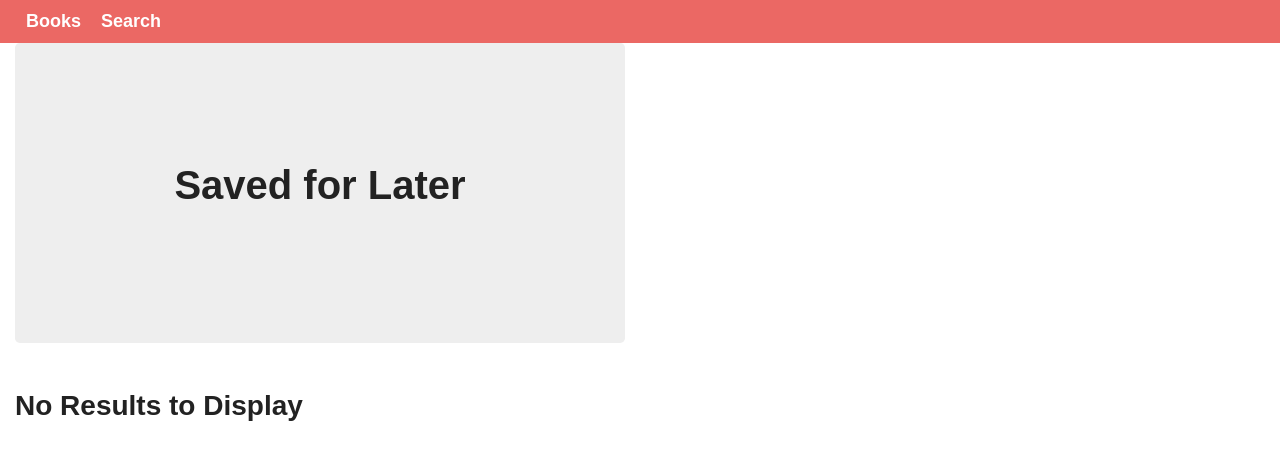
Repository: ionathas78/gBooksScanner
Page: / (app in client/)
An editor plug-in stored every save of this project. The page is shown before and after the next save, followed by the edit.
The browser window is 1280 px wide. The pictures show the whole page.
The page's requests for data from a server got no answer. Some web fonts or font styles are not loaded; a fallback is used. Some web libraries are served in a nearby version. The project was rebuilt for these pictures with package versions that can differ from the ones it lists, and the page was loaded fresh each time. No one was signed in, and anything a server would have sent is missing. Also part of the build but not shown: client/src/components/DeleteBtn/style.css, client/src/components/DeleteBtn/index.js, client/src/components/List/style.css, client/src/components/List/index.js, client/src/components/SearchBar/index.js, client/src/Alert/index.js, client/src/pages/Search.js, client/src/pages/NoMatch.js.

Above is the page before, as saved 2020-05-21 01:01:07.

### client/public/index.html
<!doctype html>
<html lang="en">

<head>
  <meta charset="utf-8">
  <meta name="viewport" content="width=device-width, initial-scale=1, shrink-to-fit=no">
  <meta name="theme-color" content="#000000">
  <link rel="manifest" href="%PUBLIC_URL%/manifest.json">
  <link rel="shortcut icon" href="%PUBLIC_URL%/favicon.ico">
  <link rel="stylesheet" href="https://cdnjs.cloudflare.com/ajax/libs/bootswatch/4.0.0/journal/bootstrap.min.css" />
  <title>gBookScanner</title>
</head>

<body>
  <noscript>
    You need to enable JavaScript to run this app.
  </noscript>
  <div id="root"></div>
</body>

</html>

### client/src/App.js
import React from "react";
import { BrowserRouter as Router, Route, Switch } from "react-router-dom";
import Books from "./pages/Books";
// import Detail from "./pages/Detail";
import Search from "./pages/Search";
import NoMatch from "./pages/NoMatch";
import Nav from "./components/Nav";
// const config = require("dotenv").config();

function App() {
  // console.log(config);

  return (
    <Router>
      <div>
        <Nav
          children={[
            { name: "Books", path: "/"},
            { name: "Search", path: "/search"}
            // { name: "Detail", path: "/books"}
          ]}
        />
        <Switch>
          <Route exact path={["/"]}>
            <Books />
          </Route>
          <Route exact path={["/search", "/search/:searchTerm"]}>
            <Search />
          </Route>
          {/* <Route exact path={["/books", "/books/:id"]}>
            <Detail />
          </Route> */}
          <Route>
            <NoMatch />
          </Route>
        </Switch>
      </div>
    </Router>
  );
}

export default App;

### client/src/pages/Books.js
import React, { useState, useEffect } from "react";
import DeleteBtn from "../components/DeleteBtn";
import Jumbotron from "../components/Jumbotron";
import API from "../utils/API";
// import { Link } from "react-router-dom";
import { Col, Row, Container } from "../components/Grid";
import { List, ListItem } from "../components/List";
import { Media, MediaItem } from "../components/Media";

function Books() {
  const [books, setBooks] = useState([])

  useEffect(() => {
    loadBooks()
  }, [])

  function loadBooks() {
    API.getBooks()
      .then(res =>
        setBooks(res.data)
      )
      .catch(err => console.log(err));
  };

  function deleteBook(id) {
    API.deleteBook(id)
      .then(res => loadBooks())
      .catch(err => console.log(err));
  }

    let i = -1;
    return (
      <Container fluid>
        <Row>
          <Col size="md-6 sm-12">
            <Jumbotron>
              <h1>Saved for Later</h1>
            </Jumbotron>
          </Col>
        </Row>
        <Row>
          <Col size="md-6 sm-12">
            <Media
              children={
                books.map(item => {
                  i++;
                  // console.log(j, item.image, item.title);
                  return (
                    <MediaItem
                      key={i}
                      imageSrc={item.image}
                      altText={item.title}
                      link={item.link}
                    />
                  )
                })
              }
            >
            </Media>
          </Col>
        </Row>
        <Row>
          <Col size="md-6 sm-12">
            {books.length ? (
              <List>
                {books.map(book => (
                  <ListItem key={book.id}>
                    {/* <Link to={"/books/" + book.id}>
                      <strong>
                        {book.title} by {book.authors.join(", ")}
                      </strong>
                    </Link> */}
                    <a href={book.link}>
                      <strong>
                        {book.title} by {book.authors.join(", ")}
                      </strong>
                    </a>
                    <DeleteBtn onClick={() => deleteBook(book.id)} />
                  </ListItem>
                ))}
              </List>
            ) : (
              <h3>No Results to Display</h3>
            )}
          </Col>
        </Row>
      </Container>
    );
  }


export default Books;

### client/src/components/Nav/index.js
import React from "react";
import { Link } from "react-router-dom";


function Nav({children}) {
  let i = -1;
  return (
    <nav className="navbar navbar-expand-lg navbar-dark bg-primary flex-start">
      {children.map(item => {
        i++;
        return (
          <Link
            key={i}
            style={{ color: "white", margin: "0 10px" }}
            to={item.path}
          >
            {item.name}
          </Link>
        )
      })}
    </nav>
  );
}

export default Nav;

### client/src/utils/API.js
import axios from "axios";
require("dotenv");

export default {
  // Gets all books
  getBooks: function() {
    return axios.get("/api/books");
  },
  // Gets the book with the given id
  getBook: function(id) {
    return axios.get("/api/books/" + id);
  },
  // Deletes the book with the given id
  deleteBook: function(id) {
    return axios.delete("/api/books/" + id);
  },
  // Saves a book to the database
  saveBook: function(bookData) {
    // console.log(bookData)
    return axios.post("/api/books/", bookData);
  },
  searchBooks: function(searchTerm) {
    let queryString = "https://www.googleapis.com/books/v1/volumes?q=";
    // let apiKey = "&key=" + process.env.API_KEY;
    // let apiKey = "&key=AIzaSyBwM7wSmJtrmNB64WSHYDrIvkjeauOQcto";
    let apiKey="";
    // console.log(process.env.API_KEY);

    return axios.get(queryString + searchTerm + apiKey);
  }
};

### client/src/components/Grid/index.js
import React from "react";

// Exporting the Container, Row, and Col components from this file

// This Container component allows us to use a bootstrap container without worrying about class names
export function Container({ fluid, children }) {
  return <div className={`container${fluid ? "-fluid" : ""}`}>{children}</div>;
}

// This Row component lets us use a bootstrap row without having to think about class names
export function Row({ fluid, children }) {
  return <div className={`row${fluid ? "-fluid" : ""}`}>{children}</div>;
}

// This Col component lets us size bootstrap columns with less syntax
// e.g. <Col size="md-12"> instead of <div className="col-md-12">
export function Col({ size, children }) {
  return (
    <div
      className={size
        .split(" ")
        .map(size => "col-" + size)
        .join(" ")}
    >
      {children}
    </div>
  );
}

### client/src/components/Media/index.js
import React from "react";

// Destructuring the type, className, children and onClick props, applying them to the button element
export function Media({ children }) {
  return (
    <ul className="list-unstyled d-flex" style={{ maxWidth: "90%", marginLeft: "5%", overflow: "auto" }}>
      {children.map(item => item)}
    </ul>
  );
}

export function MediaItem({key, imageSrc, altText, link}) {
  return (
    <li className="media" key={key} style={{ margin: "0 10px" }}>
      <a href={link} >
        <img src={imageSrc} className="mr-3" alt={altText} />
      </a>
    </li>
  );
}

Loaded but not shown: client/src/index.js (common file); client/src/components/Jumbotron/index.js (common file)

After the next save:
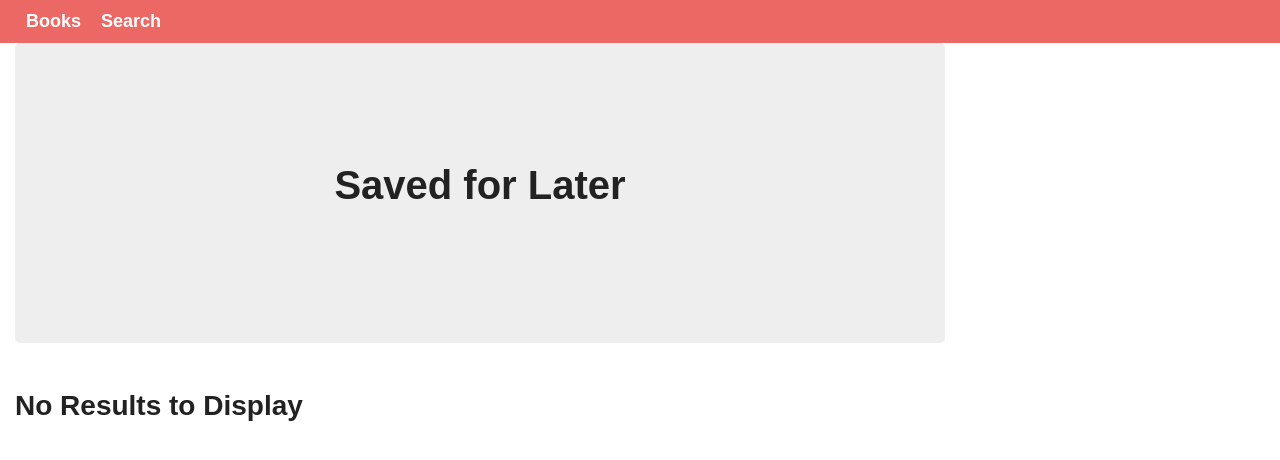
Saved 52 s later.
--- a/client/src/pages/Books.js
+++ b/client/src/pages/Books.js
@@ -32,14 +32,14 @@ function Books() {
     return (
       <Container fluid>
         <Row>
-          <Col size="md-6 sm-12">
+          <Col size="md-9 sm-12">
             <Jumbotron>
               <h1>Saved for Later</h1>
             </Jumbotron>
           </Col>
         </Row>
         <Row>
-          <Col size="md-6 sm-12">
+          <Col size="md-9 sm-12">
             <Media
               children={
                 books.map(item => {
@@ -60,7 +60,7 @@ function Books() {
           </Col>
         </Row>
         <Row>
-          <Col size="md-6 sm-12">
+          <Col size="md-9 sm-12">
             {books.length ? (
               <List>
                 {books.map(book => (
